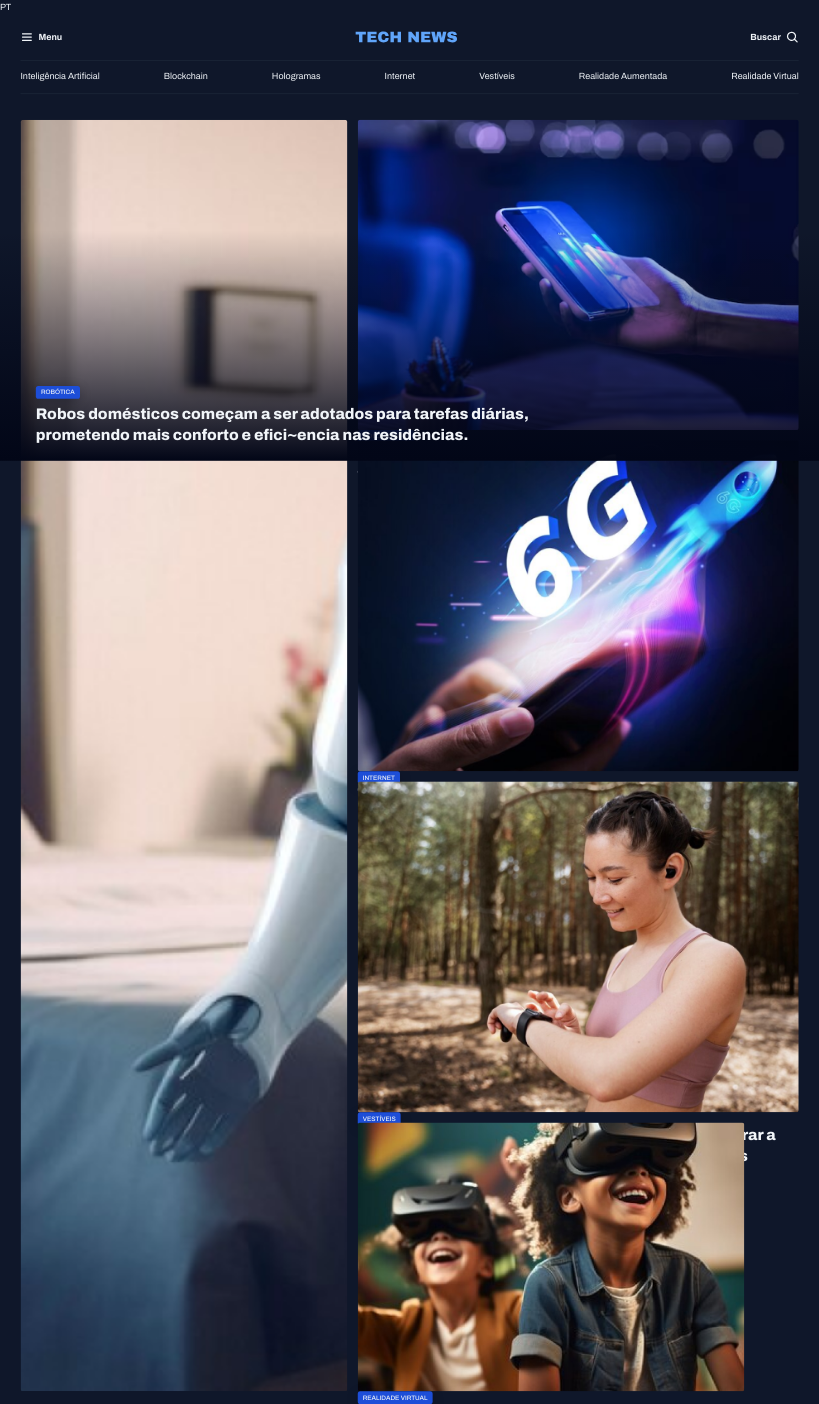
Repository: JeffRodFer/portalDeNoticias
Page: index.html
These files come from the project's save history. The page is drawn as it stood at one moment and after a run of saves; the edit follows.
The browser window is 1280 px wide. The pictures show the whole page, at 64% of full size.

Above is the page before, as saved 2025-04-15 22:01:26.

After the next 2 saves:
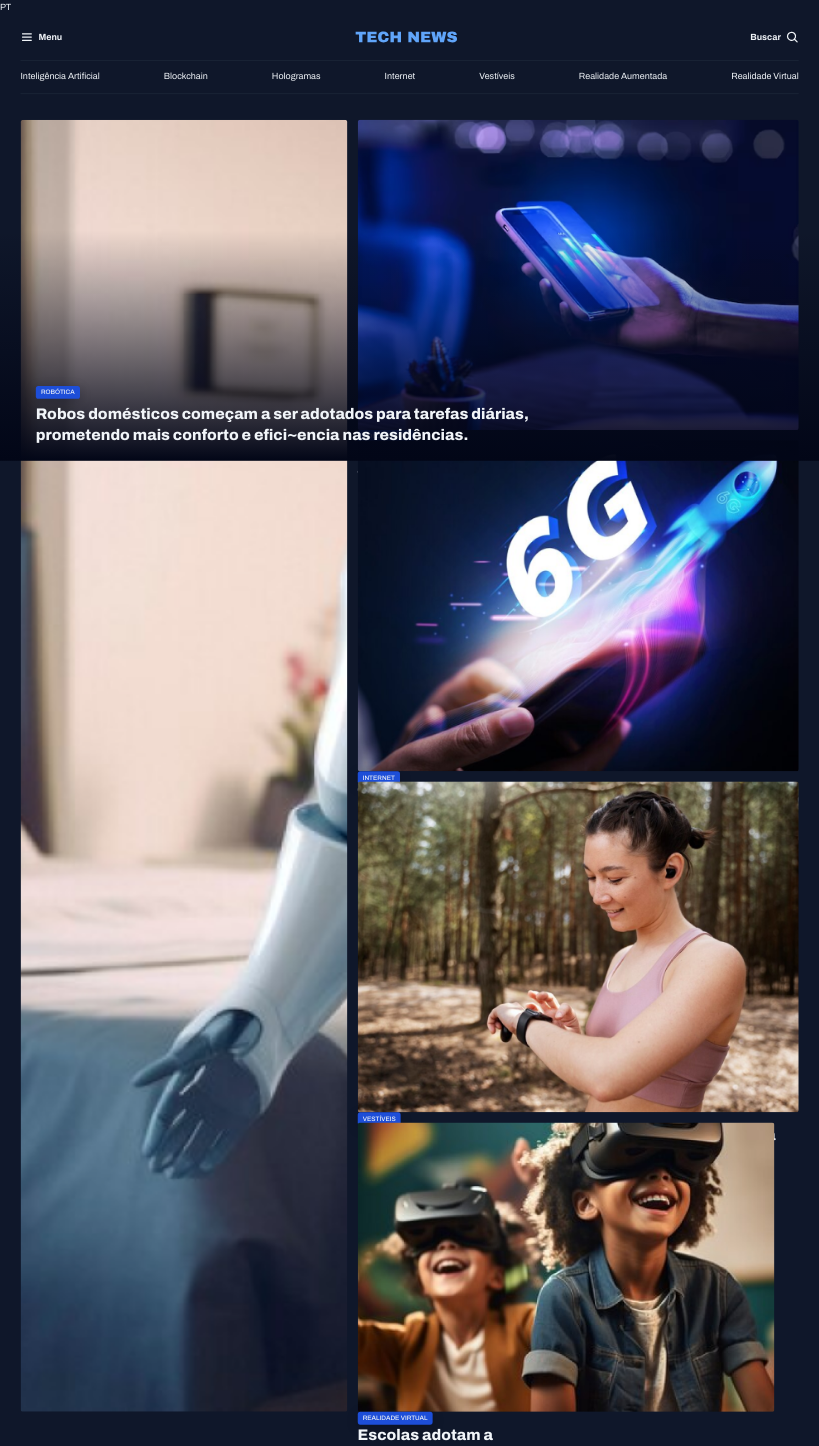
The 2 saves are shown as one change because they came seconds apart.
The last was saved 7 s later.
--- a/index.html
+++ b/index.html
@@ -85,7 +85,7 @@ PT<!DOCTYPE html>
           <figcaption>
             <span class="content-tag">Realidade Virtual</span>
             <h2 class="text-2xl">
-
+            Escolas adotam a
             </h2>
           </figcaption>
         </figure>
